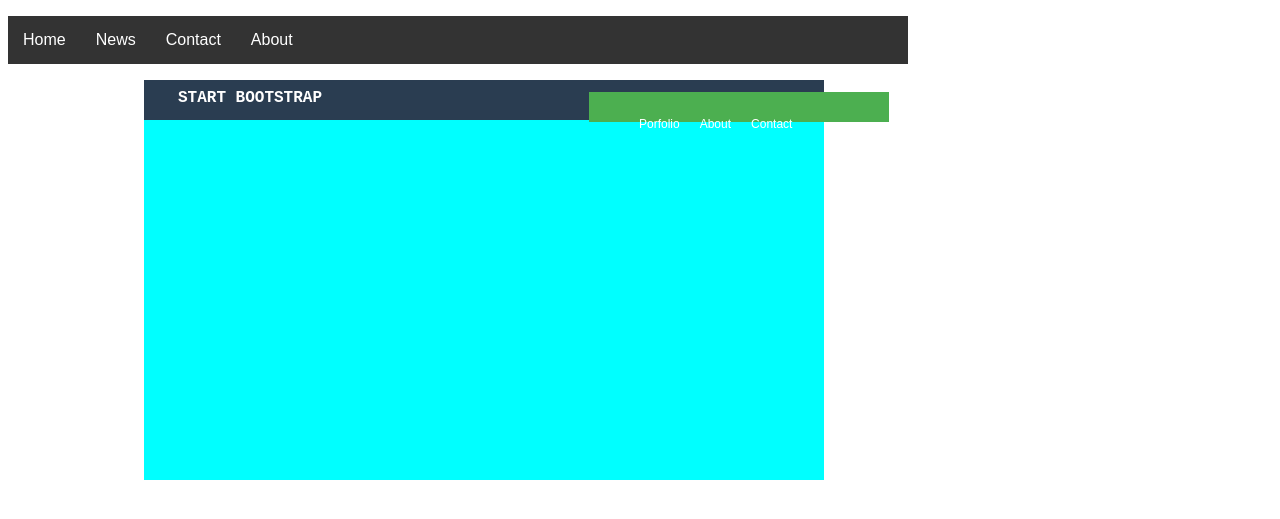
Repository: LongNguyen2504/T3H-FrondEnd
Page: Lesson3_CSS_HomeWork3.html
An editor plug-in stored every save of this project. The page is shown before and after the next save, followed by the edit.
The browser window is 1280 px wide. The pictures show the whole page.

Above is the page before, as saved 2021-12-01 22:52:24.

### Lesson3_CSS_HomeWork3.html
<!DOCTYPE html>
<html lang="en">
<head>
    <meta charset="UTF-8">
    <meta http-equiv="X-UA-Compatible" content="IE=edge">
    <meta name="viewport" content="width=device-width, initial-scale=1.0">
    <title>Document</title>
    <link rel="stylesheet" href="Lesson3_CSS_HomeWork3.css">
</head>
<body>
    <div class="ancestor-div">
        <div class="menu-div">
            <div class="menu-content">
                <ul class="ul-menu">
                    <li class="li-menu"><a class="a-menu" href="#1">Home</a></li>
                    <li class="li-menu"><a class="a-menu" href="#1">News</a></li>
                    <li class="li-menu"><a class="a-menu" href="#1">Contact</a></li>
                    <li class="li-menu"><a class="a-menu" href="#1">About</a></li>
                </ul>
            </div>
        </div>
        <div class="nested-div">
            <div class="menu-bootstrap">
                <div class="menu-bootstrap-content1">
                    START BOOTSTRAP
                </div>
                <div class="menu-bootstrap-content2">
                    <ul class="ul-menu">
                        <li class="li-menu"><a class="a-menu-2" href="#1">Porfolio</a></li>
                        <li class="li-menu"><a class="a-menu-2" href="#1">About</a></li>
                        <li class="li-menu"><a class="a-menu-2" href="#1">Contact</a></li>

                    </ul>
                </div>
            </div>
        </div>
    </div>
</body>
</html>

### Lesson3_CSS_HomeWork3.css
div.ancestor-div{
    width: 900px;
    height: 400px;
    font-family: Arial, Helvetica, sans-serif;
}
div.menu-div{
    height: 48px;
    background-color: #333333 ;
}
div.menu-content{
    position: relative;
    left: -40px;
    width: 800px;
    height: 48px;
}
div.nested-div{
    width: 680px;
    height: 400px;
    background-color: aqua;
    position: absolute;
    left: 144px;
    top: 80px;
}
div.menu-bootstrap{
    width: 680px;
    height: 40px;
    background-color: #2a3d51;
}
div.menu-bootstrap-content1{
    width: 200px;
    height: 30px;
    position: absolute;
    left: 6px;
    top: 9px;

    text-align: center;
    color: white;
    font-weight: bold;
    font-family: 'Courier New', Courier, monospace;
}
div.menu-bootstrap-content2{
    width: 300px;
    height: 30px;
    position: absolute;
    left: 445px;
    font-size: 15px;
    top: 12px;
    background-color: #4caf50;
}
ul.ul-menu{
    list-style-type: none;

}
.li-menu {
 float: left;
}
a.a-menu{
    display: inline-block;
    padding: 15px;
    color: white;
    text-decoration: none;
    text-align: center;

}
.a-menu:hover{
    background-color: #4caf50;
}
a.a-menu-2{
    display: inline-block;
    padding: 10px;
    text-align: center;
    color: white;
    text-decoration: none;
    font-size: 12px;
}

After the next save:
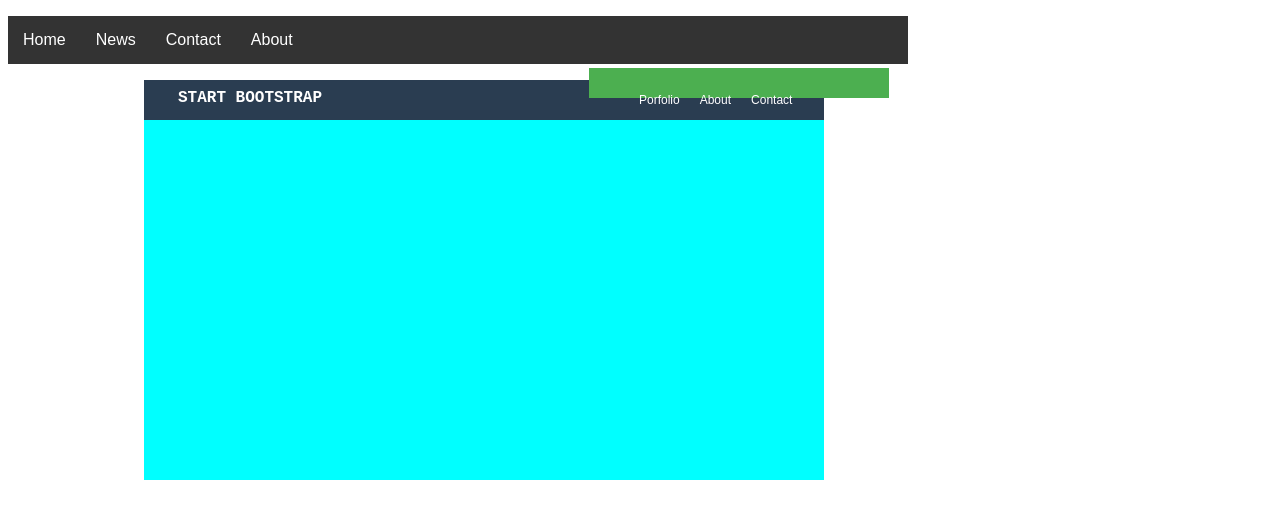
Saved 6 s later.
--- a/Lesson3_CSS_HomeWork3.css
+++ b/Lesson3_CSS_HomeWork3.css
@@ -44,7 +44,7 @@ div.menu-bootstrap-content2{
     position: absolute;
     left: 445px;
     font-size: 15px;
-    top: 12px;
+    top: -12px;
     background-color: #4caf50;
 }
 ul.ul-menu{
